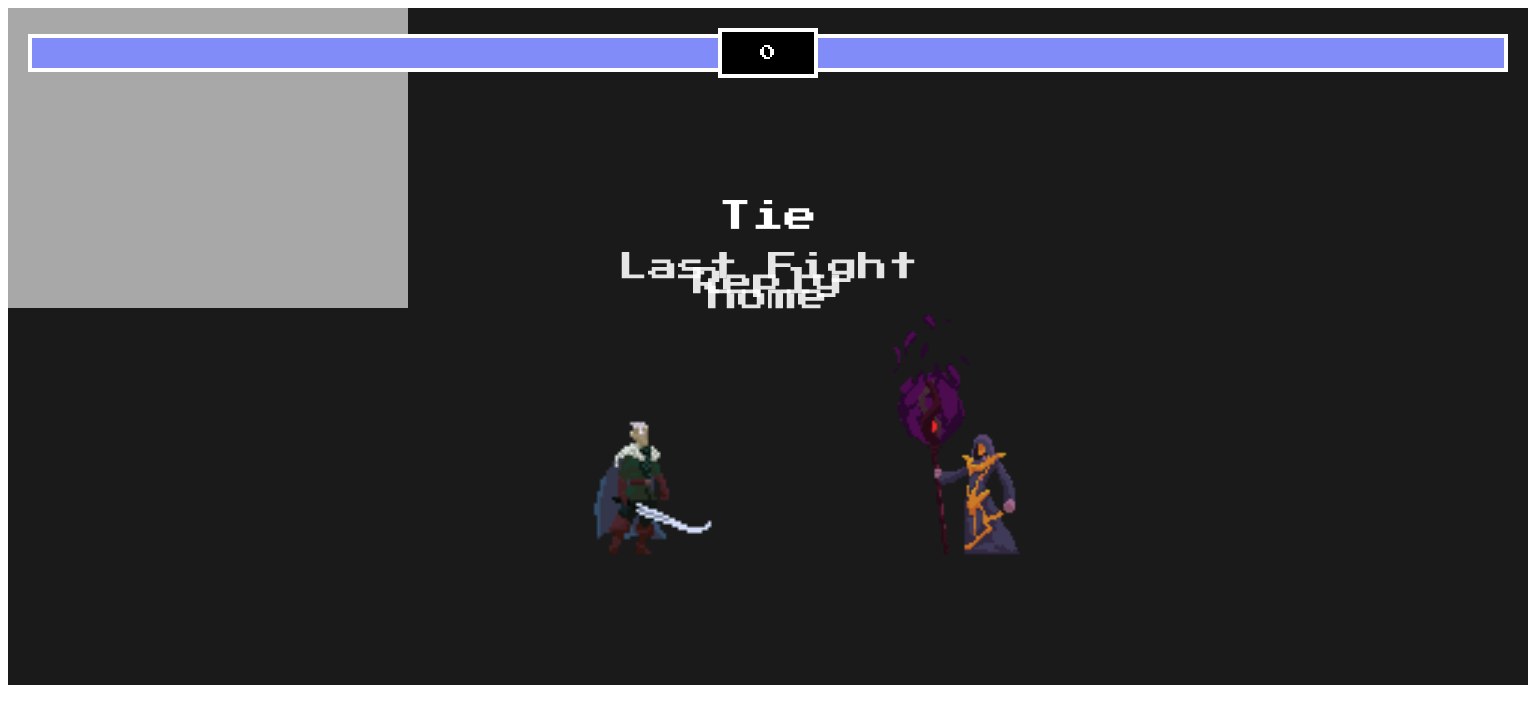
Repository: Gaurav31052/Fighting-game
Page: index.html
An editor plug-in stored every save of this project. The page is shown before and after a run of saves, followed by the edit.
The browser window is 1280 px wide. The page is 1528 px wide, so the pictures cover 1528 px, including what lies to the right of the window. The pictures show the whole page.
Some web libraries are served in a nearby version.

Above is the page before, as saved 2024-05-30 22:16:34.

After the next 2 saves:
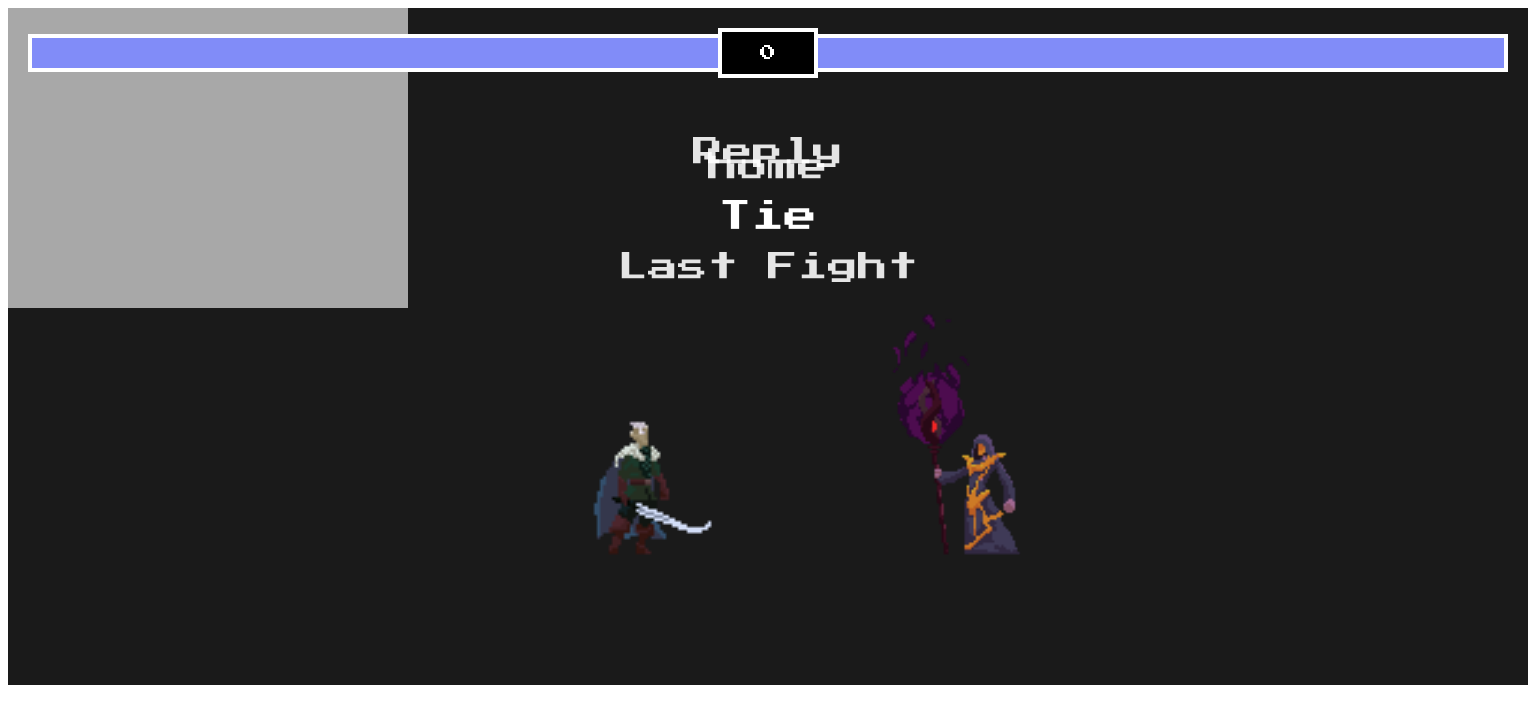
The 2 saves are shown as one change because they came seconds apart.
The last was saved 33 s later.
--- a/index.html
+++ b/index.html
@@ -51,7 +51,8 @@
         <div id="displayText2" style="position: absolute; color: white; display: flex; align-items: center; justify-content: center; top: 0;
         right: 0; left: 0; bottom: 160; font-size: 30px; display: none; opacity: 0; animation: fadeIn 5s forwards; "></div>
 
-        <div id="displayText3" style="display: flex; width: 200px; border-radius: 2px solid black; ">
+        <div id="displayText3" style="position: absolute; color: white; display: flex; align-items: center; justify-content: center; top: 0;
+        right: 0; left: 0; bottom: 260; font-size: 33px; display: none; border-radius: 2px solid black; ">
         <div id="displayText4" style="position: absolute; color: white; display: flex; align-items: center; justify-content: center; top: 0;
         right: 0; left: 0; bottom: 130; font-size: 30px; display: none; opacity: 0; animation: fadeIn 5s forwards; ">Replay</div>
         <div id="displayText5" style="position: absolute; color: white; display: flex; align-items: center; justify-content: center; top: 0;
